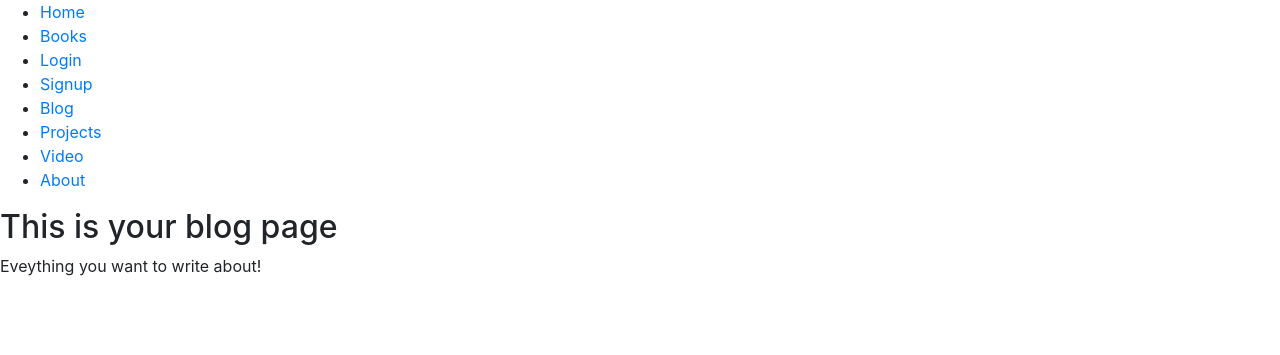
Repository: ebo-arcadia/enjoyou
Page: /blog
The author's editor kept a copy of each file at every save. The page is drawn from the files as they stood at one save, then again after the next save.
The browser window is 1280 px wide. The pictures show the whole page.
The project was rebuilt for these pictures with package versions that can differ from the ones it lists, and the page was loaded fresh each time. Also part of the build but not shown: src/components/Home.js, src/components/BooksList.js, src/containers/Login.js, src/containers/signup.js, src/containers/Projects.js, src/containers/video.js, src/components/About.js.

Above is the page before, as saved 2021-04-20 10:29:25.

### src/containers/App.js
import React from "react";
import 'bootstrap/dist/css/bootstrap.min.css';
import { BrowserRouter as Router, Switch, Route, Link } from "react-router-dom";
import Home from '../components/Home';
import BooksList from '../components/BooksList';
import Login from '../containers/Login';
import Signup from '../containers/Signup';
import Blog from '../containers/Blog';
import Projects from '../containers/Projects';
import Video from '../containers/Video';
import About from '../components/About'

export default function App() {
  return (
    <React.Fragment>
      <Router>
        <div>
          <nav>
            <ul>
              <li> <Link to="/">Home</Link> </li>
              <li> <Link to="/books">Books</Link> </li>
              <li> <Link to="/login">Login</Link> </li>
              <li> <Link to="/signup">Signup</Link> </li>
              <li> <Link to="/blog">Blog</Link> </li>
              <li> <Link to="/projects">Projects</Link> </li>
              <li> <Link to="/video">Video</Link> </li>
              <li> <Link to="/about">About</Link> </li>
            </ul>
          </nav>

          {/* A <Switch> looks through its children <Route>s and
              renders the first one that matches the current URL. */}
          <Switch>
            <Route path="/home"><Home /></Route>
            <Route path="/books"><BooksList /></Route>
            <Route path="/login"><Login /></Route>
            <Route path="/signup"><Signup /></Route>
            <Route path="/blog"><Blog /></Route>
            <Route path="/projects"><Projects /></Route>
            <Route path="/video"><Video /></Route>
            <Route path="/about"><About /></Route>
            <Route exact path="/"><Home /></Route>
          </Switch>
        </div>
      </Router>
    </React.Fragment>
  );
}

// function Home()        { return <h2>Home</h2> }
// function About()       { return <h2>About</h2> }
// function Users()       { return <h2>Users</h2> }
// function Books()       { return <h2>Books</h2> }
// function Bestseller()  { return <h2>Best Seller</h2> }
// function Notes()       { return <h2>Notes</h2> }

### src/containers/blog.js
import React from 'react';

const Blog = () => {
    return (
        <div>
            <h2>This is your blog page</h2>
            <p>Eveything you want to write about!</p>
        </div>
    );
}

export default Blog;

Loaded but not shown: public/index.html (common file); src/index.js (common file); src/index.css (common file); src/reportWebVitals.js (common file)

After the next save:
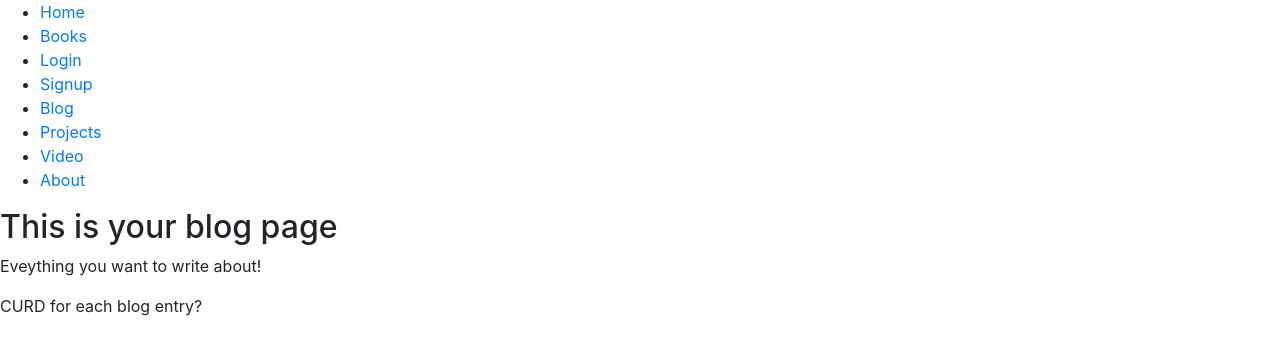
Saved 53 s later.
--- a/src/containers/blog.js
+++ b/src/containers/blog.js
@@ -5,6 +5,7 @@ const Blog = () => {
         <div>
             <h2>This is your blog page</h2>
             <p>Eveything you want to write about!</p>
+            <p>CURD for each blog entry?</p>
         </div>
     );
 }
